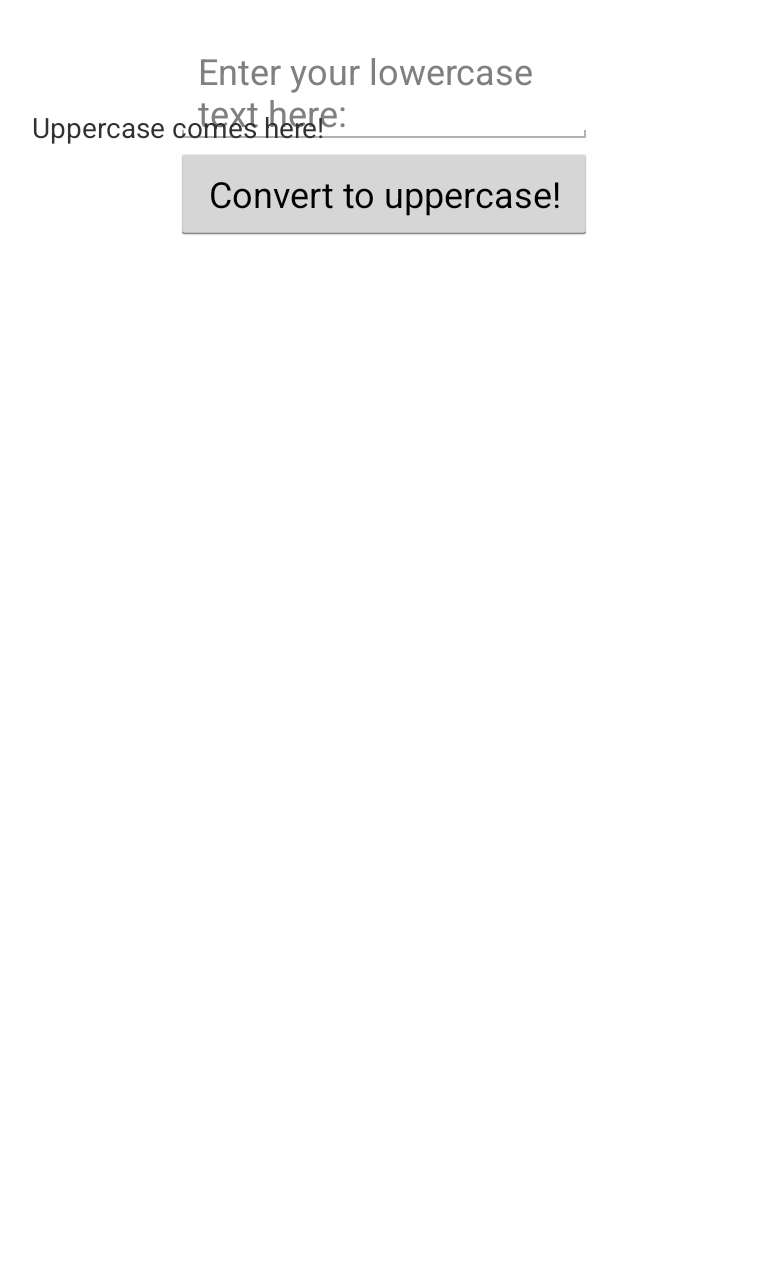
Repository: worxli/DS-Assigment3
Layout: VS-lukasbi-capitalize/res/layout/activity_main.xml
An editor plug-in stored every save of this project. The layout is shown before and after the next save, followed by the edit.
It is drawn on a 768 x 1280 px phone screen (xhdpi) without system bars, with theme AppTheme; the app's code is not run.

Above is the layout before, as saved 2013-10-31 10:14:58.

### VS-lukasbi-capitalize/res/layout/activity_main.xml
<RelativeLayout xmlns:android="http://schemas.android.com/apk/res/android"
    xmlns:tools="http://schemas.android.com/tools"
    android:layout_width="match_parent"
    android:layout_height="match_parent"
    android:paddingBottom="@dimen/activity_vertical_margin"
    android:paddingLeft="@dimen/activity_horizontal_margin"
    android:paddingRight="@dimen/activity_horizontal_margin"
    android:paddingTop="@dimen/activity_vertical_margin"
    tools:context=".MainActivity" >

    <EditText
        android:id="@+id/lowercase"
        android:layout_width="wrap_content"
        android:layout_height="wrap_content"
        android:layout_alignBottom="@+id/uppercase"
        android:layout_centerHorizontal="true"
        android:ems="10"
        android:hint="@string/info" />

    <Button
        android:id="@+id/convert"
        android:layout_width="wrap_content"
        android:layout_height="wrap_content"
        android:layout_alignLeft="@+id/lowercase"
        android:layout_alignRight="@+id/lowercase"
        android:layout_below="@+id/lowercase"
        android:text="Convert to uppercase!" />

    <TextView
        android:id="@+id/uppercase"
        android:layout_width="wrap_content"
        android:layout_height="wrap_content"
        android:layout_marginTop="38dp"
        android:text="Uppercase comes here!" />

</RelativeLayout>

### VS-lukasbi-capitalize/res/values/strings.xml
<?xml version="1.0" encoding="utf-8"?>
<resources>

    <string name="app_name">VS-lukasbi-capitalize</string>
    <string name="action_settings">Settings</string>
    <string name="info">Enter your lowercase text here:</string>

</resources>

Loaded but not shown: VS-lukasbi-capitalize/res/values/styles.xml (common file); VS-lukasbi-capitalize/res/values-v11/styles.xml (common file); VS-lukasbi-capitalize/res/values-v14/styles.xml (common file); VS-lukasbi-capitalize/res/values/dimens.xml (common file)

After the next save:
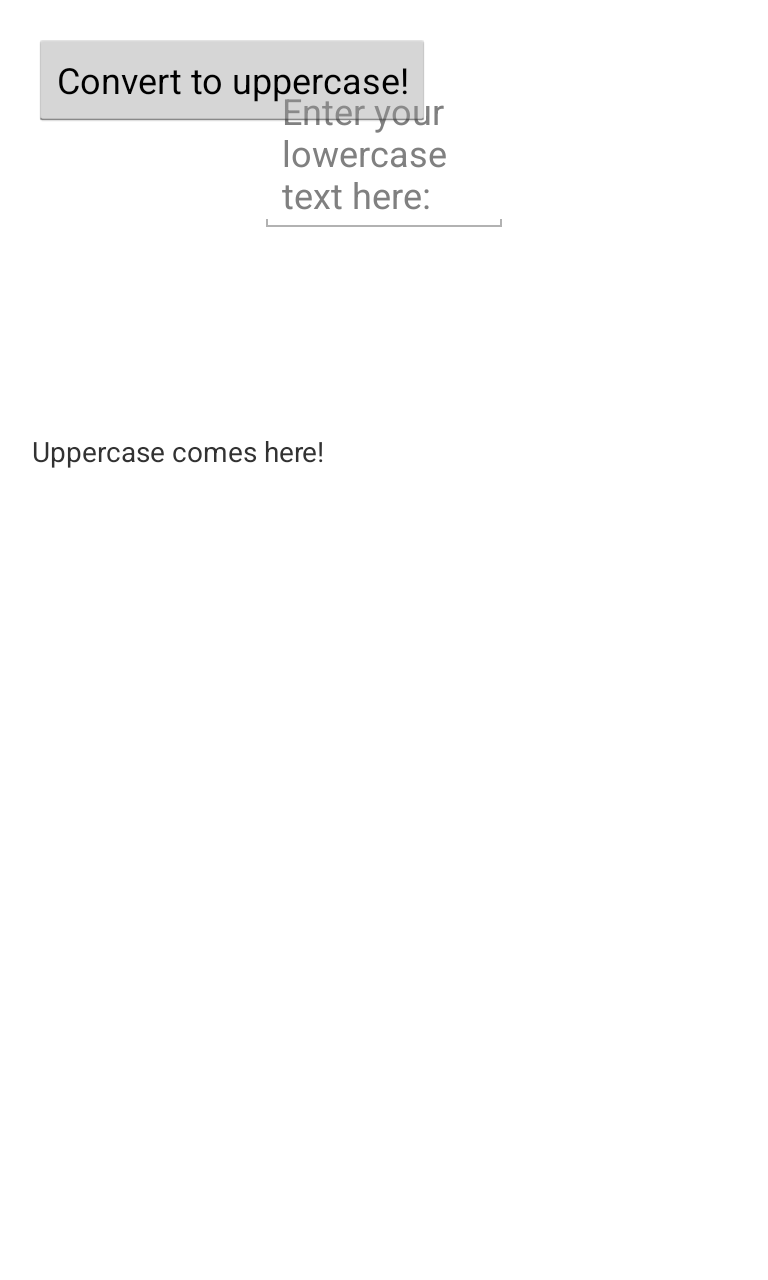
Saved 2 min 12 s later.
--- a/VS-lukasbi-capitalize/res/layout/activity_main.xml
+++ b/VS-lukasbi-capitalize/res/layout/activity_main.xml
@@ -8,29 +8,29 @@
     android:paddingTop="@dimen/activity_vertical_margin"
     tools:context=".MainActivity" >
 
+    <TextView
+        android:id="@+id/uppercase"
+        android:layout_width="wrap_content"
+        android:layout_height="wrap_content"
+        android:layout_alignParentTop="true"
+        android:layout_marginTop="200dp"
+        android:text="Uppercase comes here!" />
+
     <EditText
         android:id="@+id/lowercase"
         android:layout_width="wrap_content"
         android:layout_height="wrap_content"
-        android:layout_alignBottom="@+id/uppercase"
+        android:layout_alignParentTop="true"
         android:layout_centerHorizontal="true"
-        android:ems="10"
+        android:layout_marginTop="20dp"
+        android:ems="6"
         android:hint="@string/info" />
 
     <Button
         android:id="@+id/convert"
         android:layout_width="wrap_content"
         android:layout_height="wrap_content"
-        android:layout_alignLeft="@+id/lowercase"
-        android:layout_alignRight="@+id/lowercase"
-        android:layout_below="@+id/lowercase"
+        android:layout_marginBottom="70dp"
         android:text="Convert to uppercase!" />
 
-    <TextView
-        android:id="@+id/uppercase"
-        android:layout_width="wrap_content"
-        android:layout_height="wrap_content"
-        android:layout_marginTop="38dp"
-        android:text="Uppercase comes here!" />
-
 </RelativeLayout>
